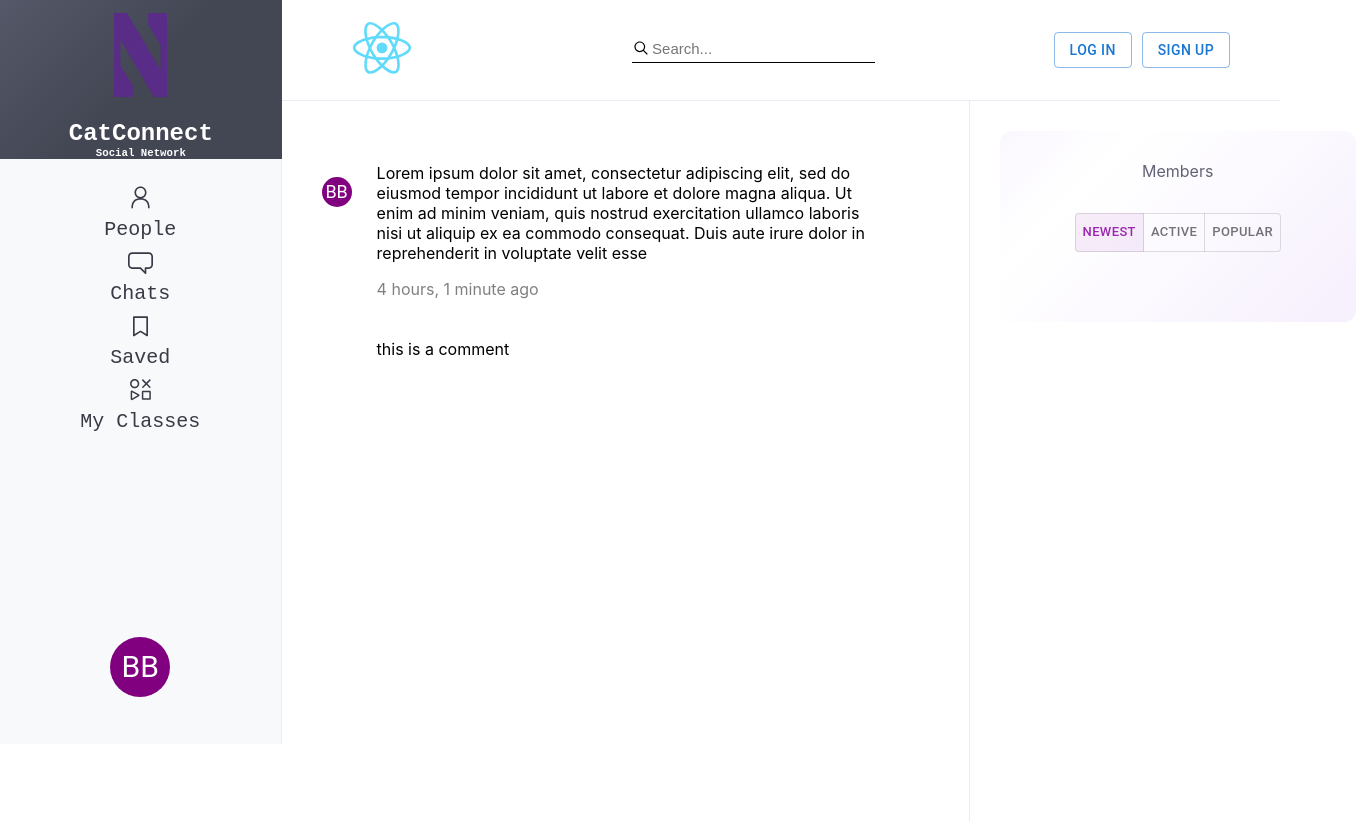
Repository: bbrockbrown/fws_proj
Page: / (app in frontend/)
These files come from the project's save history. The page is drawn as it stood at one moment and after the next save; the edit follows.
The browser window is 1280 px wide. The page is 1356 px wide, so the pictures cover 1356 px, including what lies to the right of the window. The pictures show the whole page.
The project was rebuilt for these pictures with package versions that can differ from the ones it lists, and the page was loaded fresh each time. Also part of the build but not shown: frontend/craco.config.js.

Above is the page before, as saved 2025-04-27 12:09:55.

After the next save:
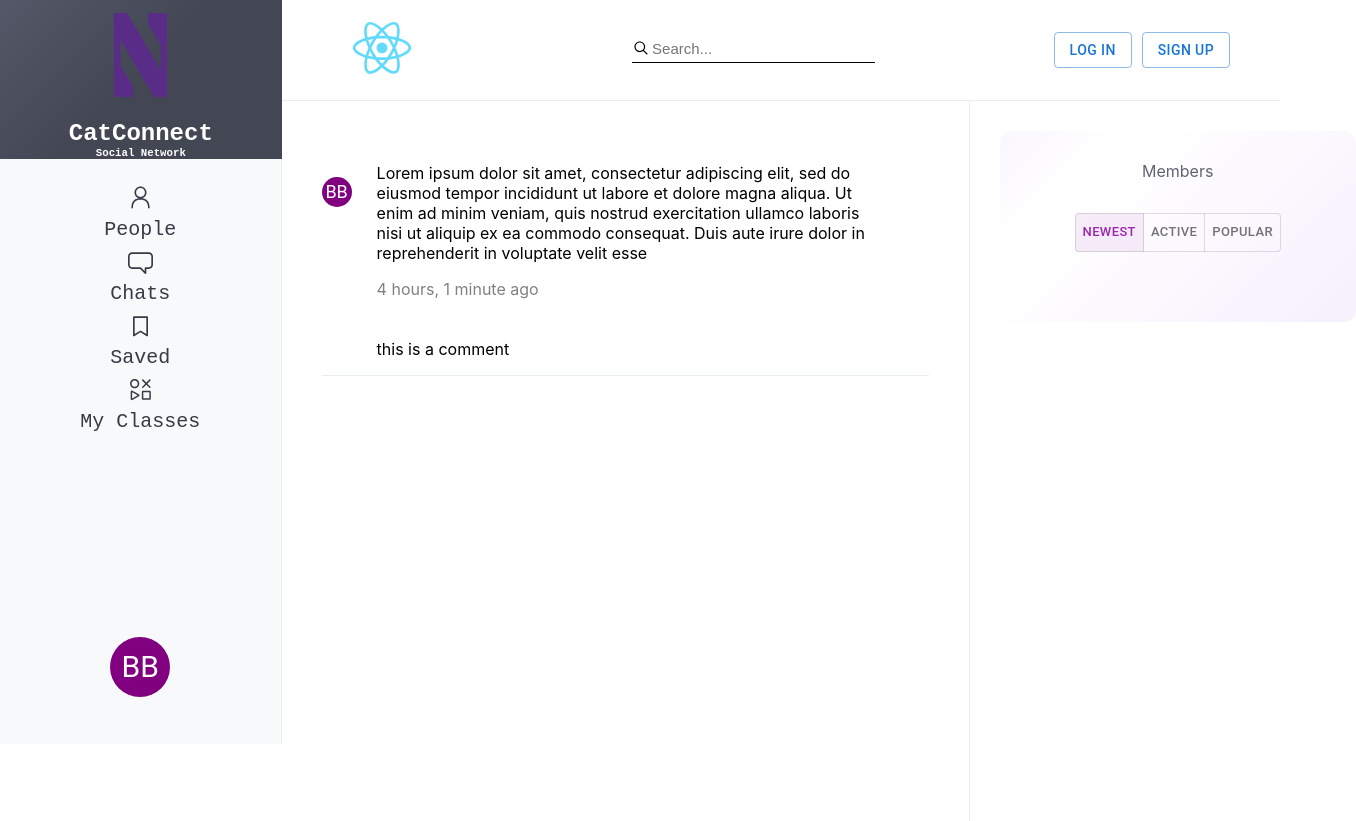
Saved 24 s later.
--- a/frontend/src/common/components/Feed.jsx
+++ b/frontend/src/common/components/Feed.jsx
@@ -19,7 +19,6 @@
   padding-right: 3rem;
   margin-top: 0px;
   margin-bottom: 2.5rem;
-  border: none !important;
   position: relative;
   border-bottom: 1px solid #e7edf2;
 `;
